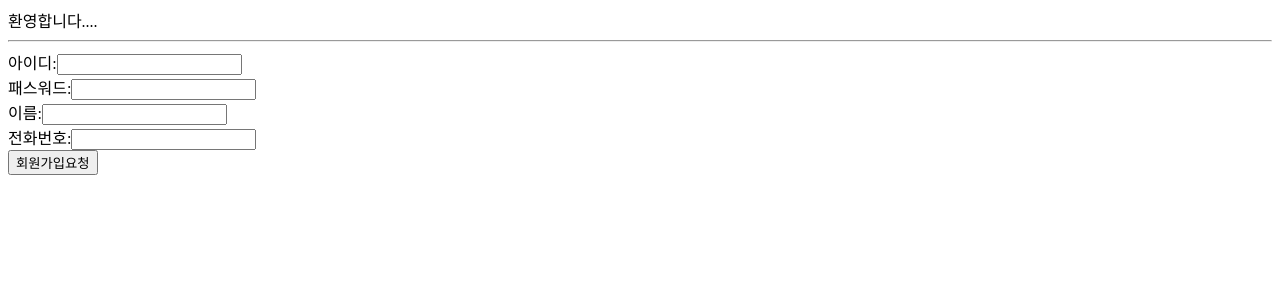
Repository: Yusubin/workEx
Page: spring00/src/main/webapp/index.html
An editor plug-in stored every save of this project. The page is shown before and after the next save, followed by the edit.
The browser window is 1280 px wide. The pictures show the whole page.

Above is the page before, as saved 2022-02-14 04:07:50.

After the next save:
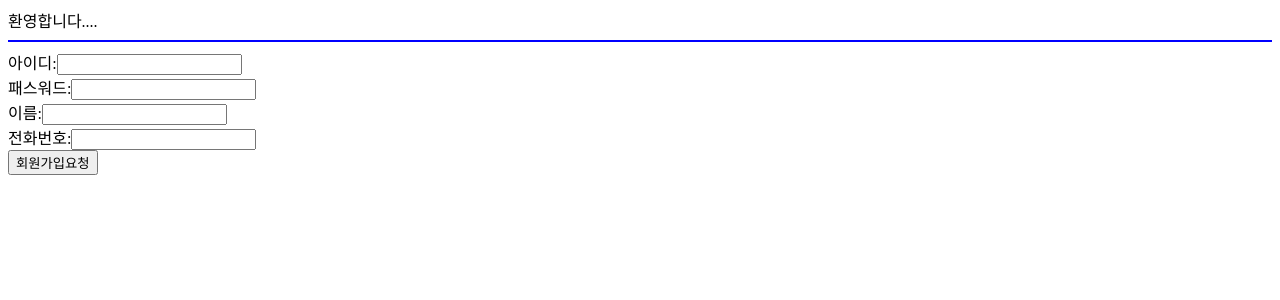
Saved 17 s later.
--- a/spring00/src/main/webapp/index.html
+++ b/spring00/src/main/webapp/index.html
@@ -6,7 +6,7 @@
 	</head>
 	<body>
 		환영합니다....<br>
-	<hr>
+	<hr color="blue">
 	<form action="">
 	아이디:<input type="text" name="id"><br>
 	패스워드:<input type="text" name="pw"><br>
